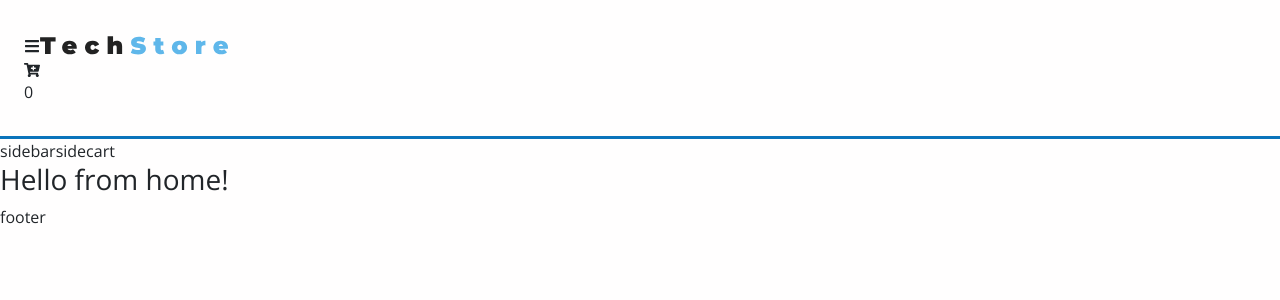
Repository: CaptainStorm21/react16-techstore
Page: /
The author's editor kept a copy of each file at every save. The page is drawn from the files as they stood at one save, then again after the next save.
The browser window is 1280 px wide. The pictures show the whole page.
Some web fonts or font styles are not loaded; a fallback is used. The project was rebuilt for these pictures with package versions that can differ from the ones it lists, and the page was loaded fresh each time. Also part of the build but not shown: src/pages/ContactPage.js, src/pages/ProductsPage.js, src/pages/AboutPage.js, src/pages/SingleProductPage.js, src/pages/DefaultPage.js, src/pages/CartPage.js.

Above is the page before, as saved 2020-05-08 15:40:17.

### public/index.html
<!DOCTYPE html>
<html lang="en">
  <head>
    <meta charset="utf-8" />
    <link rel="icon" href="%PUBLIC_URL%/favicon.ico" />
    <meta name="viewport" content="width=device-width, initial-scale=1" />
    <meta name="theme-color" content="#000000" />
    <meta
      name="description"
      content="Web site created using create-react-app"
    />
    <link rel="apple-touch-icon" href="%PUBLIC_URL%/logo192.png" />
    <!--
      manifest.json provides metadata used when your web app is installed on a
      user's mobile device or desktop. See https://developers.google.com/web/fundamentals/web-app-manifest/
    -->
    <link rel="manifest" href="%PUBLIC_URL%/manifest.json" />
    <!--
      Notice the use of %PUBLIC_URL% in the tags above.
      It will be replaced with the URL of the `public` folder during the build.
      Only files inside the `public` folder can be referenced from the HTML.

      Unlike "/favicon.ico" or "favicon.ico", "%PUBLIC_URL%/favicon.ico" will
      work correctly both with client-side routing and a non-root public URL.
      Learn how to configure a non-root public URL by running `npm run build`.
    -->
    <title>Tech Store</title>
  </head>
  <body>
    <noscript>You need to enable JavaScript to run this app.</noscript>
    <div id="root"></div>
    <!--
      This HTML file is a template.
      If you open it directly in the browser, you will see an empty page.

      You can add webfonts, meta tags, or analytics to this file.
      The build step will place the bundled scripts into the <body> tag.

      To begin the development, run `npm start` or `yarn start`.
      To create a production bundle, use `npm run build` or `yarn build`.
    -->
  </body>
</html>

### src/index.js
import React from "react";
import ReactDOM from "react-dom";
import "./index.css";
import App from "./App";
import * as serviceWorker from "./serviceWorker";

//Router setup
import { BrowserRouter as Router } from "react-router-dom";

//Import context
import { ProductProvider} from './context';

ReactDOM.render(
  <ProductProvider>
        <Router>
      <App />
    </Router>
  </ProductProvider>, document.getElementById("root")
);

// If you want your app to work offline and load faster, you can change
// unregister() to register() below. Note this comes with some pitfalls.
// Learn more about service workers: https://bit.ly/CRA-PWA
serviceWorker.unregister();

### src/App.js
import React from 'react';
import './App.css';
import  'bootstrap/dist/css/bootstrap.min.css';
// import styled from 'styled-components';

// //react icon
// import {FaHome} from 'react-icons/fa';

//import pages
import HomePage from './pages/HomePage';
import ContactPage from './pages/ContactPage';
import ProductsPage from './pages/ProductsPage';
import AboutPage from './pages/AboutPage';
import SingleProductPage from './pages/SingleProductPage';
import DefaultPage from './pages/DefaultPage';
import CartPage from './pages/CartPage';

//import routes
import { Route, Switch } from 'react-router-dom';

//import skeleton component
import Navbar from './components/Navbar';
import Footer from './components/Footer';
import Sidebar from './components/Sidebar';
import Sidecart from './components/Sidecart';

function App() {
  return (
    <>
      <Navbar />
      <Sidebar />
      <Sidecart />

      {/* navbar, sidebar, cart, footer */}
      <Switch>
        <Route path="/" exact component={HomePage} />
        <Route path="/about" component={AboutPage} />
        <Route path="/contact" component={ContactPage} />
        <Route path="/products" exact component={ProductsPage} />
        <Route path="/products/:id" component={SingleProductPage} />
        <Route path="/cart" component={CartPage} />
        <Route component={DefaultPage} />
      </Switch>
      <Footer />
    </>
  );
}


export default App;

### src/context/context.js
import React, { Component } from "react";
const ProductContext = React.createContext();

// Provider
// Consumer

class ProductProvider extends Component {
  state = {
    sidebarOpen: false,
    cartOpen: false,
    cartItems: 0
  };
  //handle sidebar
  handleSidebar = () => {
    this.setState({ sidebarOpen: !this.state.sidebarOpen });
  };
  //handle sidecart
  handleCart = () => {
    this.setState({ cartOpen: !this.state.cartOpen });
  };

  //close cart
  closeCart = () => {
    this.setState({ cartOpen: false });
  };

  //open cart
  openCart = () => {
    this.setState({ cartOpen: true });
  };

  render() {
    return (
      <ProductContext.Provider
        value={{
          // sidebarOpen: this.state.sidebarOpen,
          ...this.state,
          handleSidebar: this.handleSidebar,
          handleCart: this.handleCart,
          closeCart: this.closeCart,
          openCart: this.openCart,
        }}
      >
        {this.props.children}
      </ProductContext.Provider>
    );
  }
}

const ProductConsumer = ProductContext.Consumer;
export { ProductProvider, ProductConsumer };

### src/App.css
@import url("https://fonts.googleapis.com/css?family=Monda:400,700|Open+Sans:400,700|Raleway:400,700&display=swap");

/* font-family: 'Raleway', sans-serif;
font-family: 'Open Sans', sans-serif;
font-family: 'Monda', sans-serif;
*/

/* sass */
:root {
  --primaryColor: #0a74bb;
  --primaryRGBA: rgba(0, 0, 0, 0.3);
  --mainGrey: #fffefede !important;
  --darkGrey: #1a1110;
  --mainWhite: #fff;
  --mainBlack: #222;
  --mainTransition: all 0.3s ease-in-out;
  --mainSpacing: 0.3rem;
}

.text-title {
  font-family: "Monda", sans-serif;
  font-weight: bold;
  letter-spacing: var(--mainSpacing);
  text-transform: capitalize;
}

.text-main {
  color: var(--primaryColor);
}

body {
  font-family: "Open Sans", sans-serif !important;
  background-color: var(--mainGrey) !important;
  color: var(--mainBlack);
}

### src/pages/HomePage.js
import React from 'react'
import {ProductConsumer} from '../context';

export default function HomePage() {
    return (
      <>
        <ProductConsumer>
                {value => {
                    // console.log(value);
                    return <h3>Hello from home!</h3>
                }}
        </ProductConsumer>
      </>
    );
}

### src/components/Navbar.js
import React from 'react'
//icons
import { FaBars, FaCart, FaCartPlus } from "react-icons/fa";
import styled from 'styled-components';
import { ProductConsumer } from '../context';
//logo
import logo from '../images/logo.svg';

export default function Navbar() {
    return (
        <ProductConsumer>
            {value => {
                const { cartItems, handleSidebar, handleCart } = value;
                return <NavWrapper>
                    <div className="nav-center">
                        <FaBars className="nav-icon" onClick="handleSidebar" />
                        <img src={logo} alt="company logo" />
                        <div className="nav-cart">
                            <FaCartPlus className="nav-icon" onClick={handleCart} />
                            <div className="cart-items">{cartItems}</div>
                        </div>
                    </div>
                </NavWrapper>
            }}
        </ProductConsumer>
    )
}

const NavWrapper = styled.nav`
    position: -kit-sticky;
    position: sticky;
    top: 0;
    width: 100%;
    padding: 2rem 1.5rem;
    background: var(--mainGrey);
    border-bottom: 3px solid var(--primaryColor)

`

### src/components/Footer.js
import React from 'react'

export default function Footer() {
    return (
        <>
            footer
        </>
    )
}

### src/components/Sidebar.js
import React from 'react'

export default function Sidebar() {
    return (
        <>
            sidebar
        </>
    )
}

### src/components/Sidecart.js
import React from 'react'

export default function Sidecart() {
    return (
        <>
            sidecart
        </>
    )
}

Loaded but not shown: src/index.css (common file); src/serviceWorker.js (common file)

After the next save:
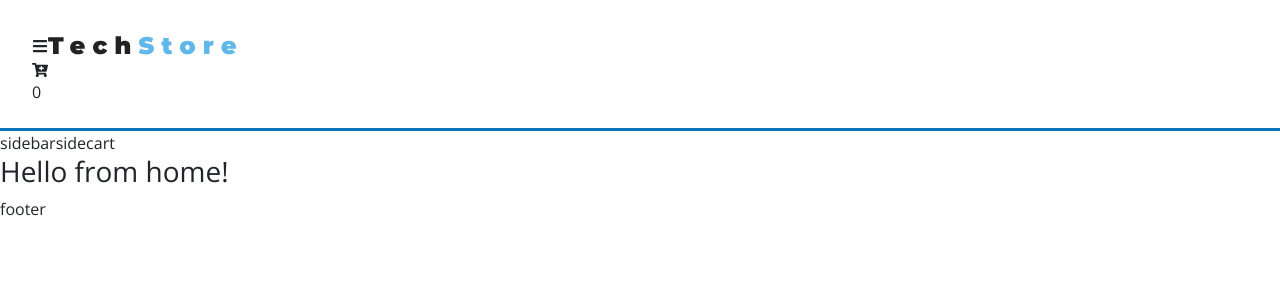
Saved 9 s later.
--- a/src/components/Navbar.js
+++ b/src/components/Navbar.js
@@ -31,7 +31,7 @@ const NavWrapper = styled.nav`
     position: sticky;
     top: 0;
     width: 100%;
-    padding: 2rem 1.5rem;
+    padding: 2rem  2rem 1.5rem;
     background: var(--mainGrey);
     border-bottom: 3px solid var(--primaryColor)
 
